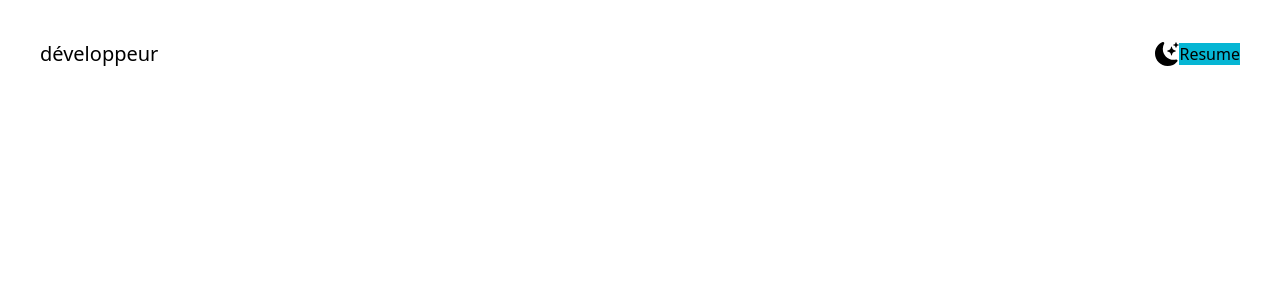
Repository: Jean-MarcG/portfoli_next
Page: /
These files come from the project's save history. The page is drawn as it stood at one moment and after the next save; the edit follows.
The browser window is 1280 px wide. The pictures show the whole page.
The project was rebuilt for these pictures with package versions that can differ from the ones it lists, and the page was loaded fresh each time. The framework's server and built-in components were replaced by stand-ins that run in the browser. Also part of the build but not shown: next.config.js.

Above is the page before, as saved 2023-04-01 17:14:41.

### pages/index.js
import Head from 'next/head';
import {BsFillMoonStarsFill} from 'react-icons/bs';

export default function Home() {
  return (
    <>
    <Head>
    <title>Jean-Marc Gagnebien Portfolio</title>
    <meta name="description" content="Generated by create next app" />
    <meta name="viewport" content="width=device-width, initial-scale=1" />
    <link rel="icon" href="/favicon.ico" />
    </Head>
    <main className='bg-white px-10 '>
      <section className='min-h-screen'>
        <nav className='py-10 mb-12 flex justify-between'>
          <h1 className='text-xl'>développeur</h1>
            <ul className='flex items-center'>
              <li>
                <BsFillMoonStarsFill className='cursor-pointer text-2xl'/>
              </li>
              <li>
                <a className='bg-cyan-500' href='#'>Resume</a>
              </li>
            </ul>
        </nav>
      </section>
    </main>
    </>
    )
  }

### styles/globals.css
@tailwind base;
@tailwind components;
@tailwind utilities;

* {
  box-sizing: border-box;
  padding: 0;
  margin: 0;
}

html,
body {
  max-width: 100vw;
  overflow-x: hidden;
}

body {
  color: rgb(var(--foreground-rgb));
  background: linear-gradient(
      to bottom,
      transparent,
      rgb(var(--background-end-rgb))
    )
    rgb(var(--background-start-rgb));
}

a {
  color: inherit;
  text-decoration: none;
}

@font-face {
  font-family: "burtons";
  src: url(../public/Burtons.otf);
}

Loaded but not shown: pages/_app.js (common file); pages/_document.js (common file); tailwind.config.js (common file)

After the next save:
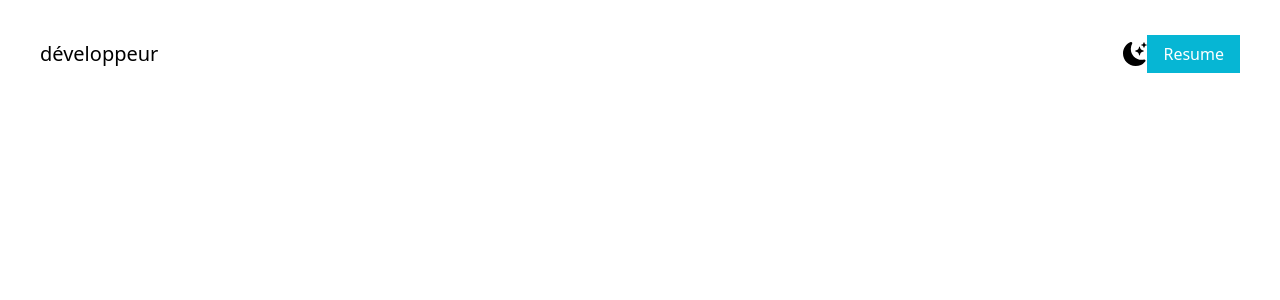
Saved 28 s later.
--- a/pages/index.js
+++ b/pages/index.js
@@ -19,7 +19,7 @@
                 <BsFillMoonStarsFill className='cursor-pointer text-2xl'/>
               </li>
               <li>
-                <a className='bg-cyan-500' href='#'>Resume</a>
+                <a className='bg-cyan-500 text-white px-4 py-2 border-none' href='#'>Resume</a>
               </li>
             </ul>
         </nav>
